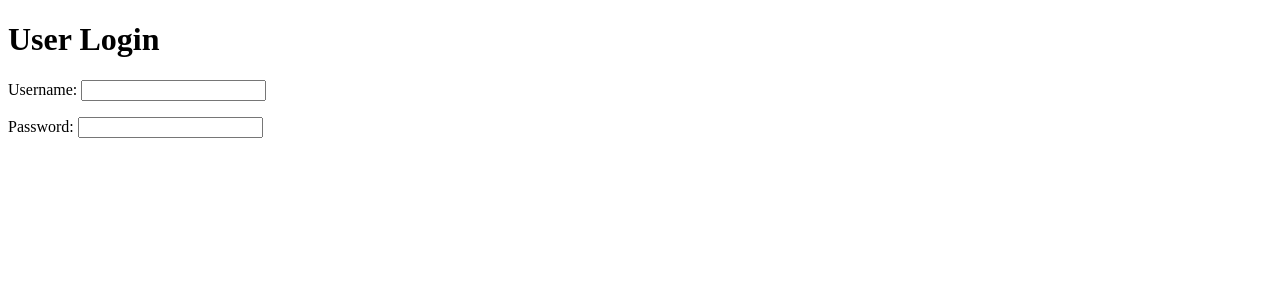
Repository: SamLookingGlass/FullStackDevelopment-Project
Page: http://localhost/login/
The author's editor kept a record of every edit. The page is drawn from the files as they stood at one moment, then again after the next edit.
The browser window is 1280 px wide. The pictures show the whole page.
The page is served by the project's application, run on Django 2.2 (manage.py).

Above is the page before.

After the next edit:
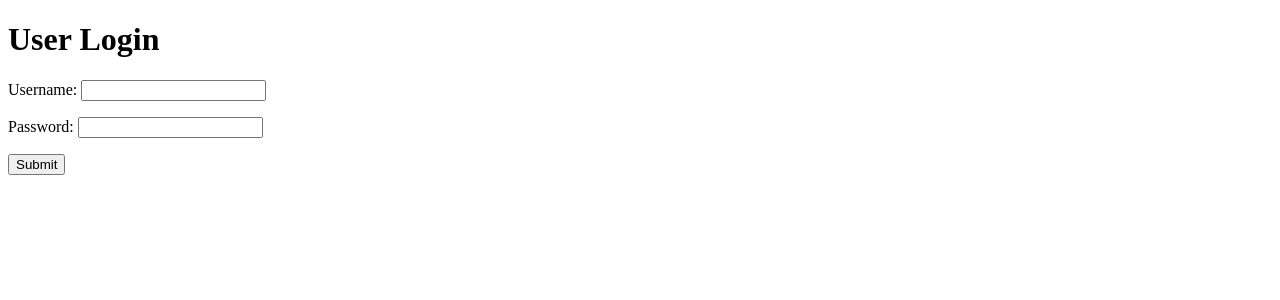
The edit:
--- a/accounts/templates/login.html
+++ b/accounts/templates/login.html
@@ -12,6 +12,9 @@
        <form method='POST'>
          {% csrf_token %}
          {{ form.as_p }}
+    <input type="submit">
+    </form>
+
 
 </body>
 </html>
